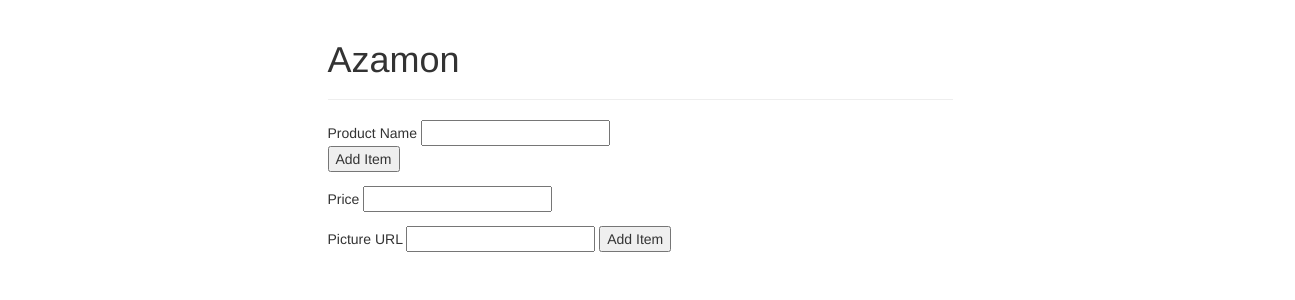
Repository: bkappen/Creative3
Page: midterm/public/index.html
The author's editor kept a record of every edit. The page is drawn from the files as they stood at one moment, then again after the next edit.
The browser window is 1280 px wide. The page is 1295 px wide, so the pictures cover 1295 px, including what lies to the right of the window. The pictures show the whole page.
The page's requests for data from a server got no answer. Some web libraries are served in a nearby version.

Above is the page before.

### midterm/public/index.html
<html>

<head>
    <title>Products</title>
    <link href="//maxcdn.bootstrapcdn.com/bootstrap/3.2.0/css/bootstrap.min.css" rel="stylesheet">
    <script src="//ajax.googleapis.com/ajax/libs/angularjs/1.2.19/angular.min.js"></script>
    <script src="javascripts/product.js"></script>

</head>

<body ng-app="midterm" ng-controller="MainCtrl">
    <div class="row">
        <div class="col-md-6 col-md-offset-3">
            <div class="page-header">
                <h1>Azamon </h1>
            </div>

            <form ng-submit="addProduct()" style="margin-top30px;">
                Product Name <input type="text" id="name" ng-model="nameContent"></input> <br>
                <button type="submit">Add Item</button>
            </form>

            <form ng-submit="addProduct()" style="margin-top30px;">
                Price <input type="text" id = "$" ng-model="priceContent"></input> <br>
            </form>

            <form ng-submit="addProduct()" style="margin-top30px;">
                Picture URL <input type="text" id = "url" ng-model="picContent"></input>
                <button type="submit">Add Item</button>
            </form>

            <div ng-repeat="product in products | orderBy: '-'">
                <span class="glyphicon glyphicon-remove" ng-click="delete(product)"></span> {{product.title}} - ordered: {{product.ordered}}
            </div>

            </div>
        </div>
    </div>
</body>

</html>

### midterm/public/javascripts/product.js
angular.module('midterm', [])
    .controller('MainCtrl', [
        '$scope', '$http',
        function($scope, $http) {
            $scope.products = [];
            $scope.addProduct = function() {
                var newproduct = { title: $scope.nameContent, price: $scope.priceContent, URL: $scope.picContent, ordered: 0 };
                $http.post('/products', newproduct).success(function(data) {
                    $scope.products.push(data);
                });
                $scope.nameContent = '';
                $scope.priceContent = '';
                $scope.picContent = '';
                $scope.products.push(newproduct);
            };
            $scope.incrementOrders = function(product) {
                $http.put('/products/' + product._id + '/order')
                    .success(function(data) {
                        product.ordered += 1;
                    });
            };
            $scope.delete = function(product) {
                $http.delete('/products/' + product._id)
                    .success(function(data) {
                        console.log("delete worked");
                        $scope.getAll();
                    });
            };
            $scope.getAll = function() {
                return $http.get('/products').success(function(data) {
                    angular.copy(data, $scope.products);
                });
            };
            $scope.getAll();
        }


    ]);

After the next edit:
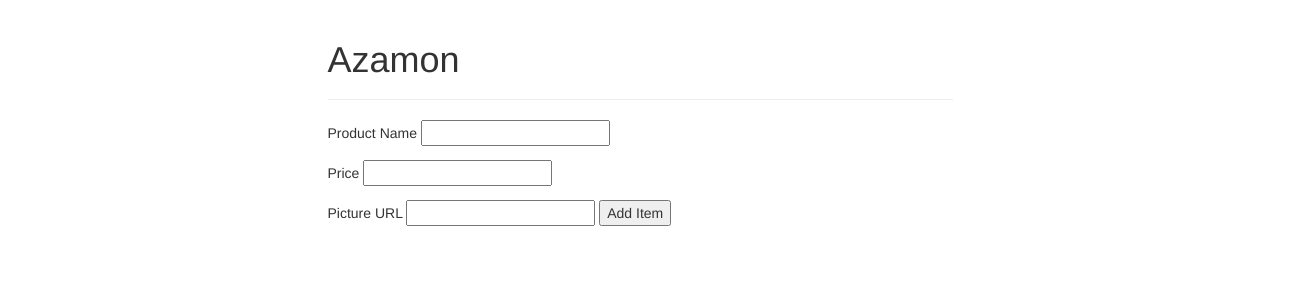
The edit:
--- a/midterm/public/index.html
+++ b/midterm/public/index.html
@@ -17,7 +17,6 @@
 
             <form ng-submit="addProduct()" style="margin-top30px;">
                 Product Name <input type="text" id="name" ng-model="nameContent"></input> <br>
-                <button type="submit">Add Item</button>
             </form>
 
             <form ng-submit="addProduct()" style="margin-top30px;">
